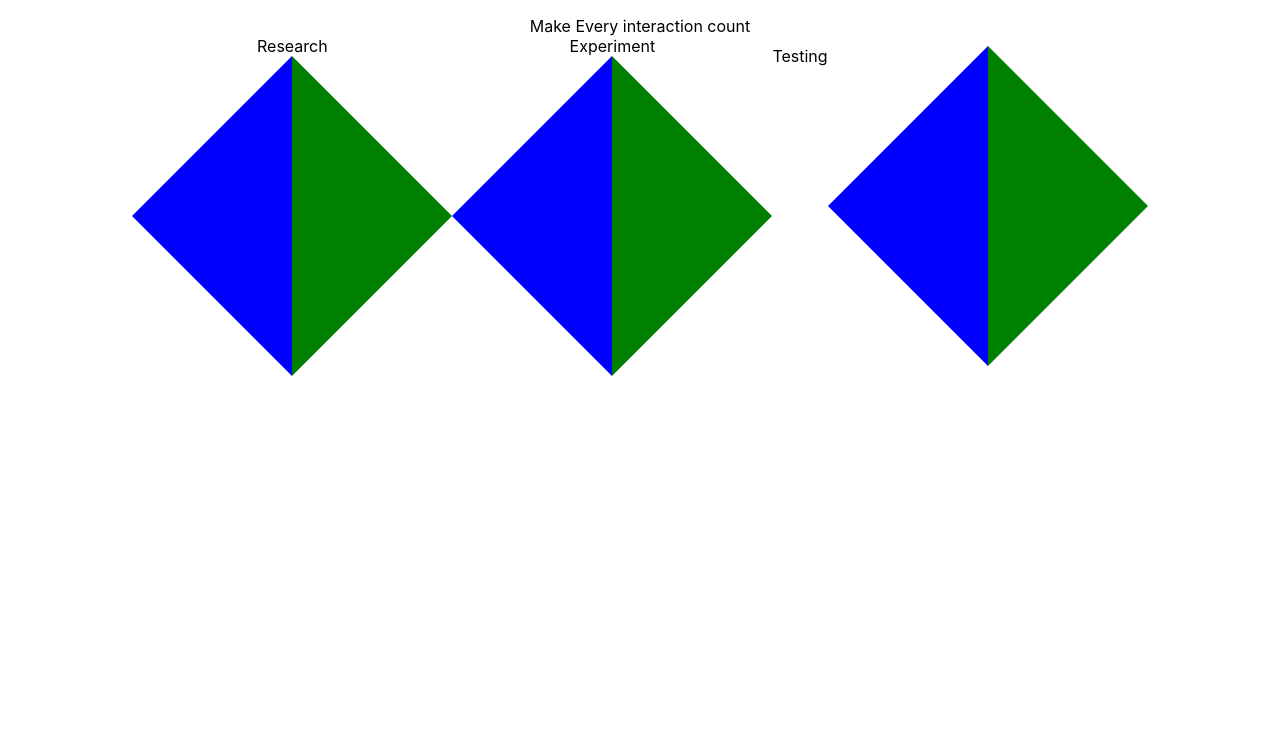
Repository: YingCG/interaction-design
Page: /
These files come from the project's save history. The page is drawn as it stood at one moment and after the next save; the edit follows.
The browser window is 1280 px wide. The pictures show the whole page.
The project was rebuilt for these pictures with package versions that can differ from the ones it lists, and the page was loaded fresh each time.

Above is the page before, as saved 2023-09-07 16:15:18.

After the next save:
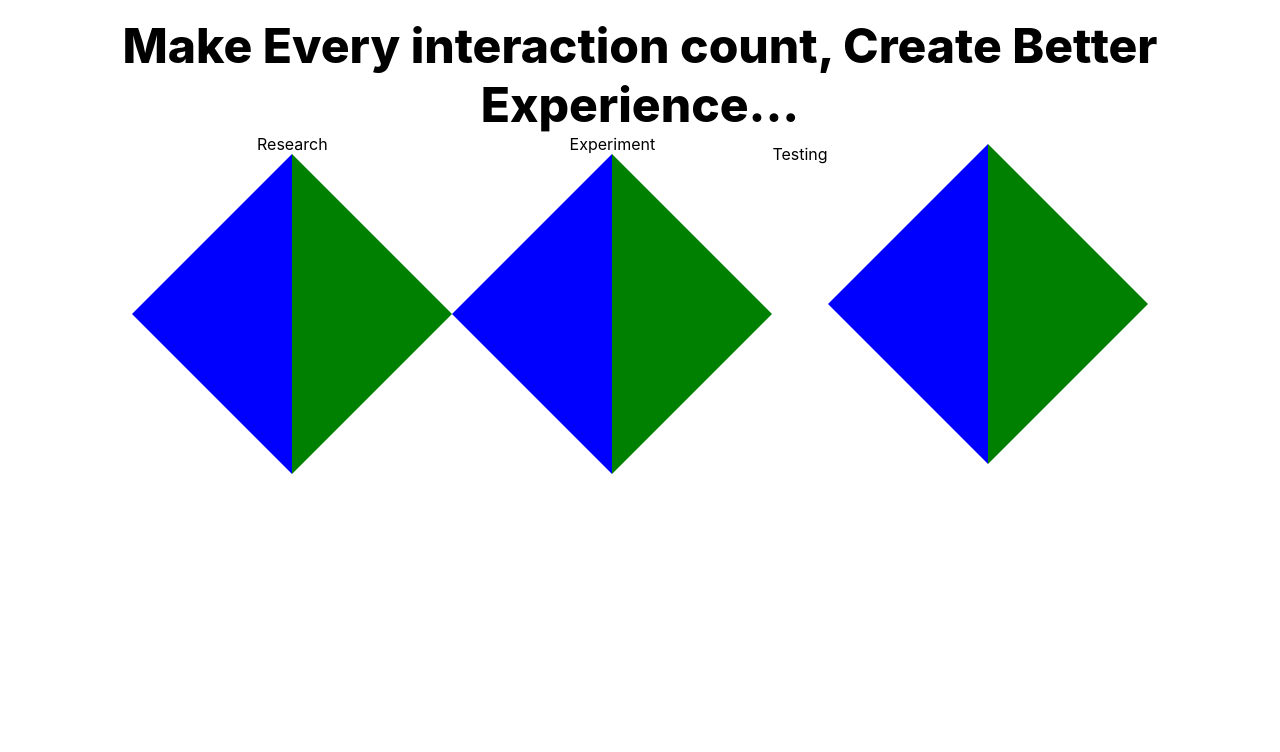
Saved 21 s later.
--- a/src/App.js
+++ b/src/App.js
@@ -5,7 +5,10 @@ import TripleDiamond from "./TripleDiamond";
 function App() {
   return (
     <div className="App">
-      Make Every interaction count
+      <div className="text-content">
+        Make Every interaction count, Create Better Experience...
+      </div>
+
       <TripleDiamond />
     </div>
   );
